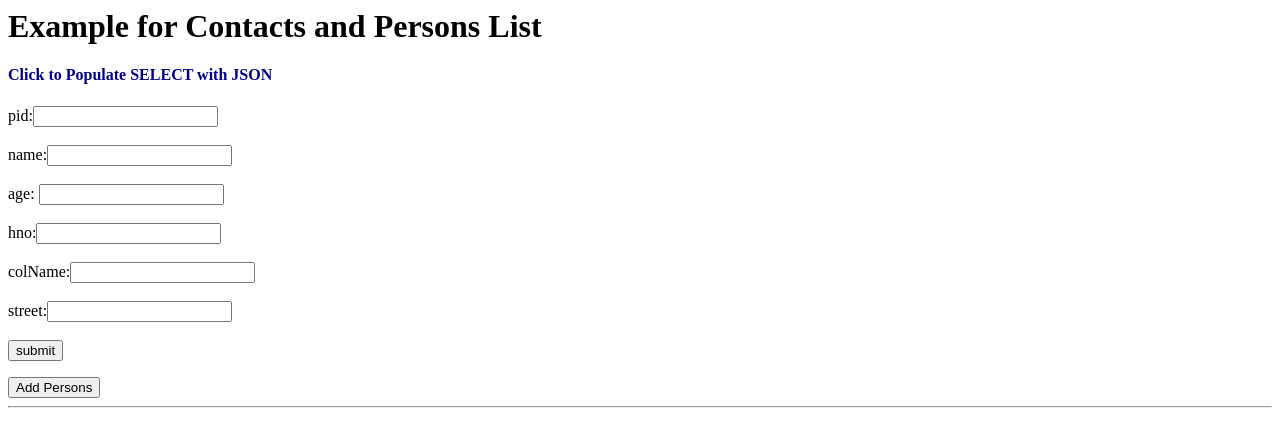
Repository: priyanalleboina/JsTraining
Page: Priyanka _JsExcercies/webpack14example-clinet-node/index.html
An editor plug-in stored every save of this project. The page is shown before and after the next save, followed by the edit.
The browser window is 1280 px wide. The pictures show the whole page.

Above is the page before, as saved 2020-06-05 12:33:23.

### Priyanka _JsExcercies/webpack14example-clinet-node/index.html
<html lang="en">
<head>
  <meta charset="UTF-8">
  <meta name="viewport" content="width=device-width, initial-scale=1.0">
  <title>Document</title>
  <link rel="stylesheet" href="./src/index.css">
  <script src="./dist/bundler.js"></script>

</head>

<body>
  <div>
    <h1>Example for Contacts and Persons List</h1>
    <!-- add people via hard coded list -->
    <h4 style="color:darkblue">Click to Populate SELECT with JSON</h4>
    <form>
      <label>pid:</label><input id="id" name="pid"></br></br>
      <label>name:</label><input id="name" name="name"></br></br>
      <label>age:</label> <input id="age" name="age"></br></br>
      <label>hno:</label><input id="hno" name="hno"></br></br>
      <label>colName:</label><input id="colName" name="colName"></br></br>
      <label>street:</label><input id="street" name="street"></br></br>
      <input type="submit" value="submit" /></br>
  </form>
    <button id="add" onclick="ui.addContactInfo()">Add Persons</button>
  </div>
  <hr>
  <div>



  </div>
</body>
</html>

### Priyanka _JsExcercies/webpack14example-clinet-node/src/index.css
#personsList {
  width: 400px;
  height: 400px;
  padding: 2px, 2px, 2px, 2px;
  border: 1px solid red;
};
p#nameLabelXYZ {
  border: 1px solid red;
  height: 50px;
  width: 200px;
  padding: 2px;
  margin: 2px;
  font-size: large;
}

Loaded but not shown: Priyanka _JsExcercies/webpack14example-clinet-node/dist/bundler.js (library)

After the next save:
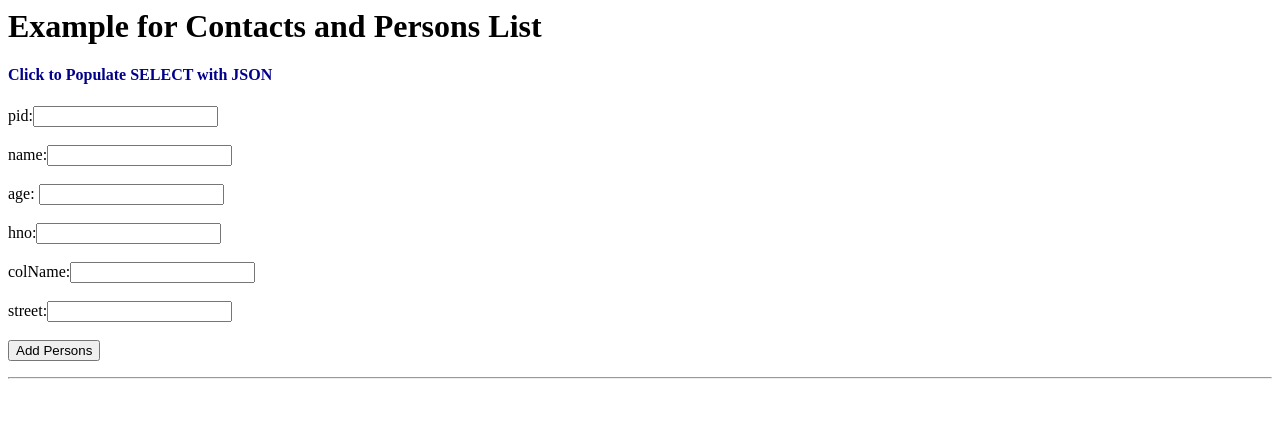
Saved 9 s later.
--- a/Priyanka _JsExcercies/webpack14example-clinet-node/index.html
+++ b/Priyanka _JsExcercies/webpack14example-clinet-node/index.html
@@ -20,9 +20,9 @@
       <label>hno:</label><input id="hno" name="hno"></br></br>
       <label>colName:</label><input id="colName" name="colName"></br></br>
       <label>street:</label><input id="street" name="street"></br></br>
-      <input type="submit" value="submit" /></br>
+      <button id="add" onclick="ui.addContactInfo()">Add Persons</button>
   </form>
-    <button id="add" onclick="ui.addContactInfo()">Add Persons</button>
+
   </div>
   <hr>
   <div>
